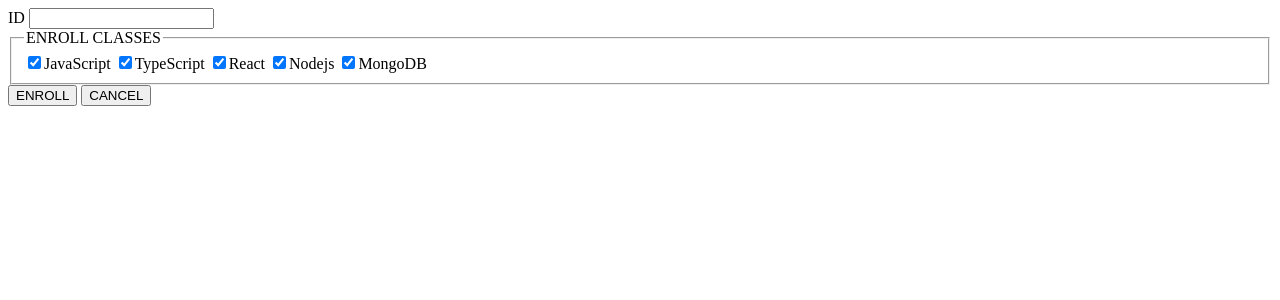
Repository: wonsy1006/servlet
Page: servlet01/src/main/webapp/login.html
These files come from the project's save history. The page is drawn as it stood at one moment and after the next save; the edit follows.
The browser window is 1280 px wide. The pictures show the whole page.

Above is the page before, as saved 2022-09-21 10:22:36.

After the next save:
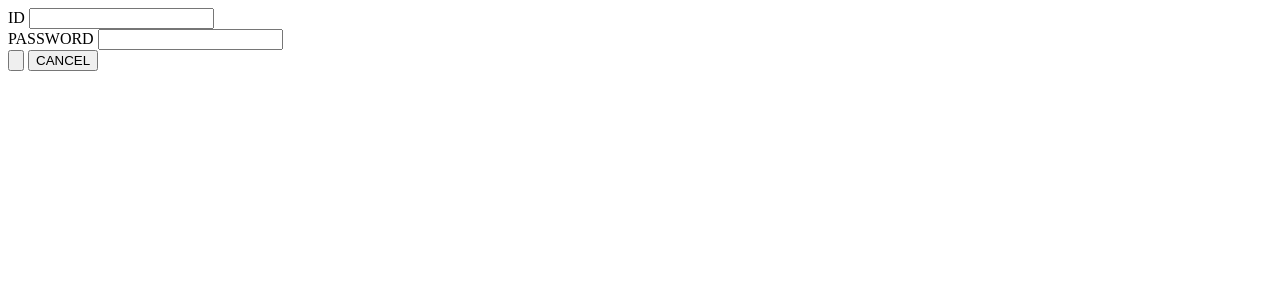
Saved 28 s later.
--- a/servlet01/src/main/webapp/login.html
+++ b/servlet01/src/main/webapp/login.html
@@ -5,28 +5,12 @@
     <title>SEND VARIABLE TYPES</title>
   </head>
   <body>
-    <form action="input" method="get" name="formInput">
+    <form action="login" method="get" name="formLogin">
       <label for="user_id">ID</label>
       <input type="text" id="user_id" name="user_id" /><br />
-      <fieldset>
-        <legend>ENROLL CLASSES</legend>
-        <input
-          type="checkbox"
-          name="subject"
-          value="javascript"
-          checked
-        />JavaScript
-        <input
-          type="checkbox"
-          name="subject"
-          value="typescript"
-          checked
-        />TypeScript
-        <input type="checkbox" name="subject" value="react" checked />React
-        <input type="checkbox" name="subject" value="nodejs" checked />Nodejs
-        <input type="checkbox" name="subject" value="mongodb" checked />MongoDB
-      </fieldset>
-      <input type="submit" value="ENROLL" />
+      <label for="user_pw">PASSWORD</label>
+      <input type="password" id="user_pw" name="user_pw" /><br />
+      <input type="submit" value="" />
       <input type="reset" value="CANCEL" />
     </form>
   </body>
